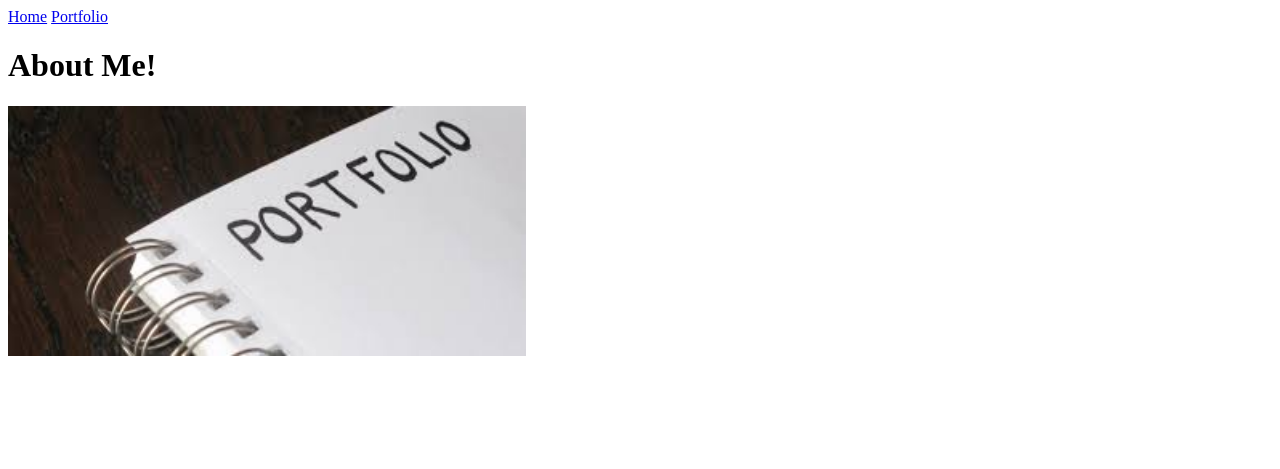
Repository: Rchavezjr2321/Rchavezjr2321.github.io
Page: About.html
The author's editor kept a record of every edit. The page is drawn from the files as they stood at one moment, then again after the next edit.
The browser window is 1280 px wide. The pictures show the whole page.

Above is the page before.

After the next edit:
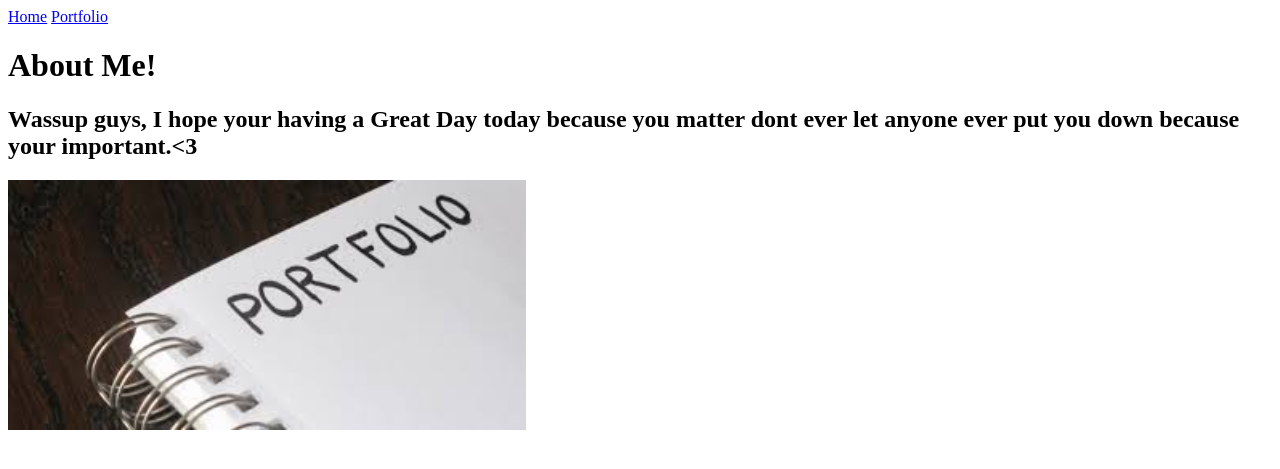
The edit:
--- a/About.html
+++ b/About.html
@@ -8,6 +8,7 @@
     <a href="index.html">Home</a>
     <a href="portfolio.html">Portfolio</a>
     <h1>About Me!</h1>
+    <h2> Wassup guys, I hope your having a Great Day today because you matter dont ever let anyone ever put you down because your important.<3  </h2>
     <img src="images/portfolio.jpg" height="250">
     <br>
 	  </body>
